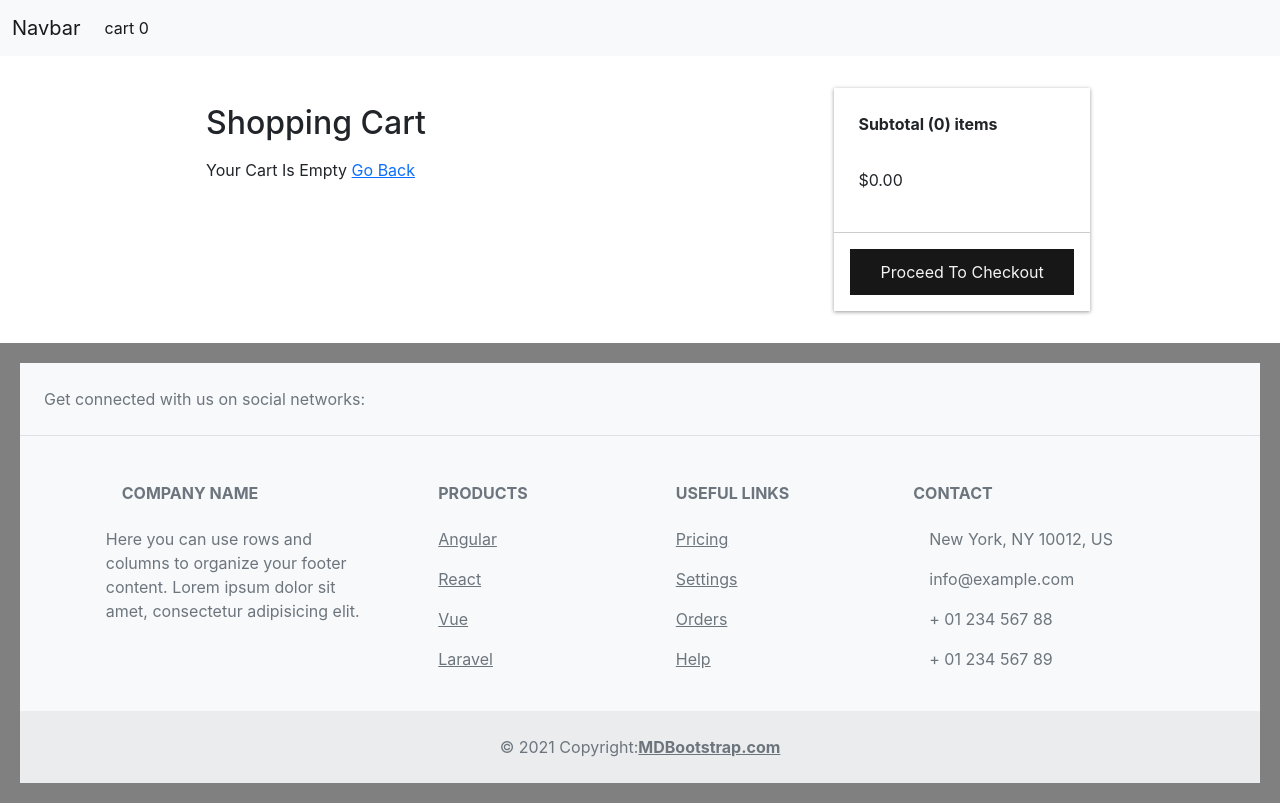
Repository: lausuarez02/eCommerceFull
Page: /#/Cart (app in frontEnd/front/)
The author's editor kept a copy of each file at every save. The page is drawn from the files as they stood at one save, then again after a run of saves.
The browser window is 1280 px wide. The pictures show the whole page.
The project was rebuilt for these pictures with package versions that can differ from the ones it lists, and the page was loaded fresh each time. Also part of the build but not shown: frontEnd/front/src/App.css, frontEnd/front/src/components/Product.js, frontEnd/front/src/redux/actions/productActions.js, frontEnd/front/src/components/HomeScreen.js, frontEnd/front/src/components/cartItem.js.

Above is the page before, as saved 2021-07-16 00:10:49.

After the next 2 saves:
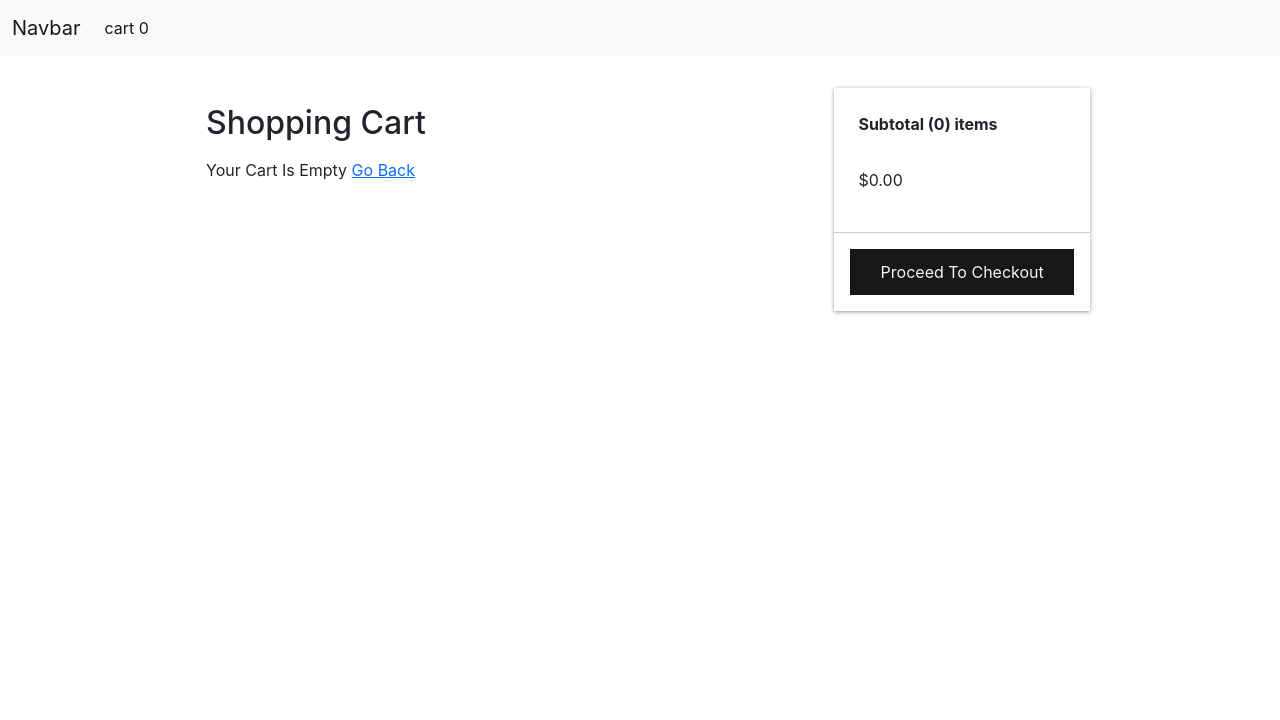
The 2 saves are shown as one change because they came seconds apart.
The last was saved 56 s later.
--- a/frontEnd/front/src/App.js
+++ b/frontEnd/front/src/App.js
@@ -20,9 +20,9 @@ function App() {
       <Route exact path="/Product/:id" component={ProductScreen}/>
 
     </Switch>
-    <BottomBar/>
+    {/*<BottomBar/>
 
-     {/*HomeScreen */}
+     HomeScreen */}
        {/*ProductScreen */}
          {/*CardScreen */}
  </Router>
